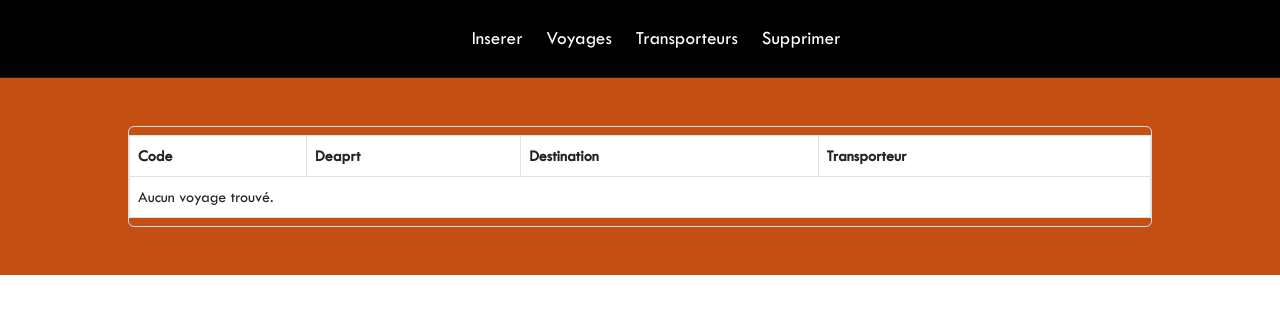
Repository: padevft/examen1-php
Page: http://localhost/server/pages/voyages.php
An editor plug-in stored every save of this project. The page is shown before and after the next save, followed by the edit.
The browser window is 1280 px wide. The pictures show the whole page.
The page is run by PHP 8.4 with error messages shown; the project is at /var/www/html/.

Above is the page before, as saved 2023-10-10 23:23:38.

### server/pages/voyages.php
<?php
    // require_once('../voyage/includes/Voyage.php');
    // require_once('../voyage/modeleVoyage.php');
    function Ctr_Liste(){
        // return Mdl_Liste();
        return "";
    }
    $resultat = Ctr_Liste();
?>

<!DOCTYPE html>
<html lang="en">

<head>
  <meta charset="UTF-8" />
  <meta name="viewport" content="width=device-width, initial-scale=1.0" />
  <title>Examen1</title>

  <link rel="stylesheet" href="../../client/utilitaires/bootstrap/css/bootstrap.min.css">
  <link rel="stylesheet" href="../../client/utilitaires/font-awesome-4.7.0/css/font-awesome.min.css">
  <link rel="stylesheet" href="../../client/utilitaires/swiper/swiper-bundle.min.css">
  <link rel="stylesheet" href="../../client/css/styles.css">

</head>

<body>
  <header>
    <nav class="container-nav">
        <ul class="d-flex flex-row align-items-center justify-content-center gap-4 menu">
          <li><a href="index.php" class="menu-item">Inserer</a></li>
            <li><a href="/server/pages/voyages.php" class="menu-item">Voyages</a></li>
            <li><a href="/server/pages/transporteurs.php" class="menu-item">Transporteurs</a></li>
            <li><a href="/server/pages/supprimerVols.php" class="menu-item">Supprimer</a></li>
        </ul>
    </nav>
  </header>
  <main class="voyages">
    <div class="table-responsive border rounded">
        <table class="table table-bordered rounded my-2 bg-white">
                <thead>
                    <tr class="active text-secondary">
                        <th>Code</th>
                        <th>Deaprt</th>
                        <th>Destination</th>
                        <th>Transporteur</th>
                    </tr>
                </thead>
                <tbody>
                <?php
                    // Testez si $resultat est un tableau
                    if (is_array($resultat)) {
                        // Si c'est un tableau, itérez à travers les éléments et affichez-les
                        foreach ($resultat as $row) {
                            echo "<tr>";
                            echo "<td>" . $row['code'] . "</td>";
                            echo "<td>" . $row['depart'] . "</td>";
                            echo "<td>" . $row['destination'] . "</td>";
                            echo "<td>" . $row['transporteur'] . "</td>";
                            echo "</tr>";
                        }
                    } else {
                        // Sinon, affichez un message d'erreur
                        echo "<tr><td colspan='4'>Aucun voyage trouvé.</td></tr>";
                    }
                    ?>
                </tbody>
            </table>
    </div>

  </main>
  </main>
  <script src="../../client/utilitaires/Jquery/jquery-3.6.0.min.js"></script>
  <script src="../../client/utilitaires/bootstrap/js/bootstrap.min.js"></script>
</body>

</html>

### client/css/styles.css
/* var text-decoration */
@font-face {
  font-family: myfont;
  src: url(../utilitaires/fonts/ufonts.com_tw-cen-mt.ttf);
}

:root {
  --color-primary: #c54f13;
  --color-primary-1: #b76b452e;
  --color-white-1: #fff;
  --color-dashed: #cccccc2f;
  --color-dashed-1: #cccccc90;
  --color-bg-1: rgba(0, 0, 0, 0.366);
}

* {
  transition: all 0.5s ease;
}

body {
  font-family: myfont !important;
}
h1 {
  display: inline-flex;
  position: relative;
  cursor: pointer;
}

a {
  color: unset;
  outline: unset;
  text-decoration: none !important;
}

ul {
  list-style-type: none; /* Retire les puces */
}

/*

****************************
Header
****************************

*/

header ul {
  margin: 0 !important;
}
.container-nav {
  padding: 1.5rem 0rem;
  background-color: black;
  border-bottom: 1px solid rgba(255, 255, 255, 0.1);
}

.menu-item {
  display: inline;
  position: relative;
  color: var(--color-white-1);
  padding-bottom: 5px;
  font-size: 1.2rem;
}

.menu-item:hover {
  color: var(--color-primary);
}
.menu-item::before {
  content: "";
  position: absolute;
  bottom: 0;
  left: 0;
  background: var(--color-primary);
  height: 2.5px;
  opacity: 1;
  visibility: visible;
  width: 0;
  -webkit-transition: 0.4s all ease-out;
  -o-transition: 0.4s all ease-out;
  transition: 0.4s all ease-out;
}
.menu-item:hover:before {
  width: 100%;
}

.container-form{
  border : 1px solid #ccc;
  border-radius: 10px;
  height: 100vh;
}
.voyages{
  padding: 3rem 8rem;
  background-color: #c54f13;
}

Loaded but not shown: client/utilitaires/bootstrap/css/bootstrap.min.css (library); client/utilitaires/font-awesome-4.7.0/css/font-awesome.min.css (library); client/utilitaires/swiper/swiper-bundle.min.css (library); client/utilitaires/Jquery/jquery-3.6.0.min.js (library); client/utilitaires/bootstrap/js/bootstrap.min.js (library)

After the next save:
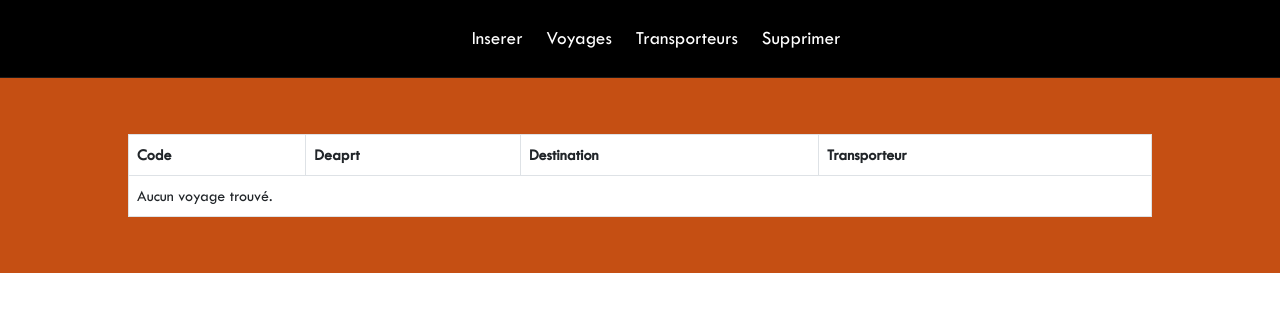
Saved 55 s later.
--- a/server/pages/voyages.php
+++ b/server/pages/voyages.php
@@ -35,7 +35,7 @@
     </nav>
   </header>
   <main class="voyages">
-    <div class="table-responsive border rounded">
+    <div class="table-responsive">
         <table class="table table-bordered rounded my-2 bg-white">
                 <thead>
                     <tr class="active text-secondary">
